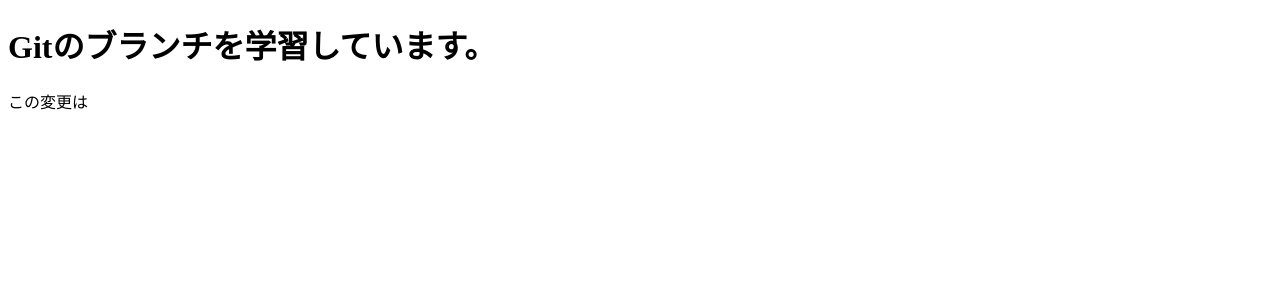
Repository: hiki-minori/git-study
Page: index.html
An editor plug-in stored every save of this project. The page is shown before and after the next save, followed by the edit.
The browser window is 1280 px wide. The pictures show the whole page.

Above is the page before, as saved 2022-06-22 09:58:55.

After the next save:
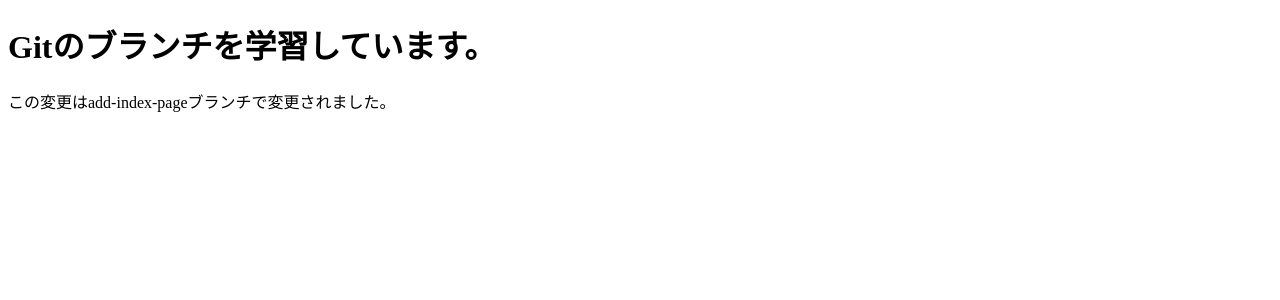
Saved 4 s later.
--- a/index.html
+++ b/index.html
@@ -8,6 +8,6 @@
 </head>
 <body>
   <h1>Gitのブランチを学習しています。</h1>
-  <p>この変更は<add-index-pageブランチで変更されました。</p>
+  <p>この変更はadd-index-pageブランチで変更されました。</p>
 </body>
 </html>
